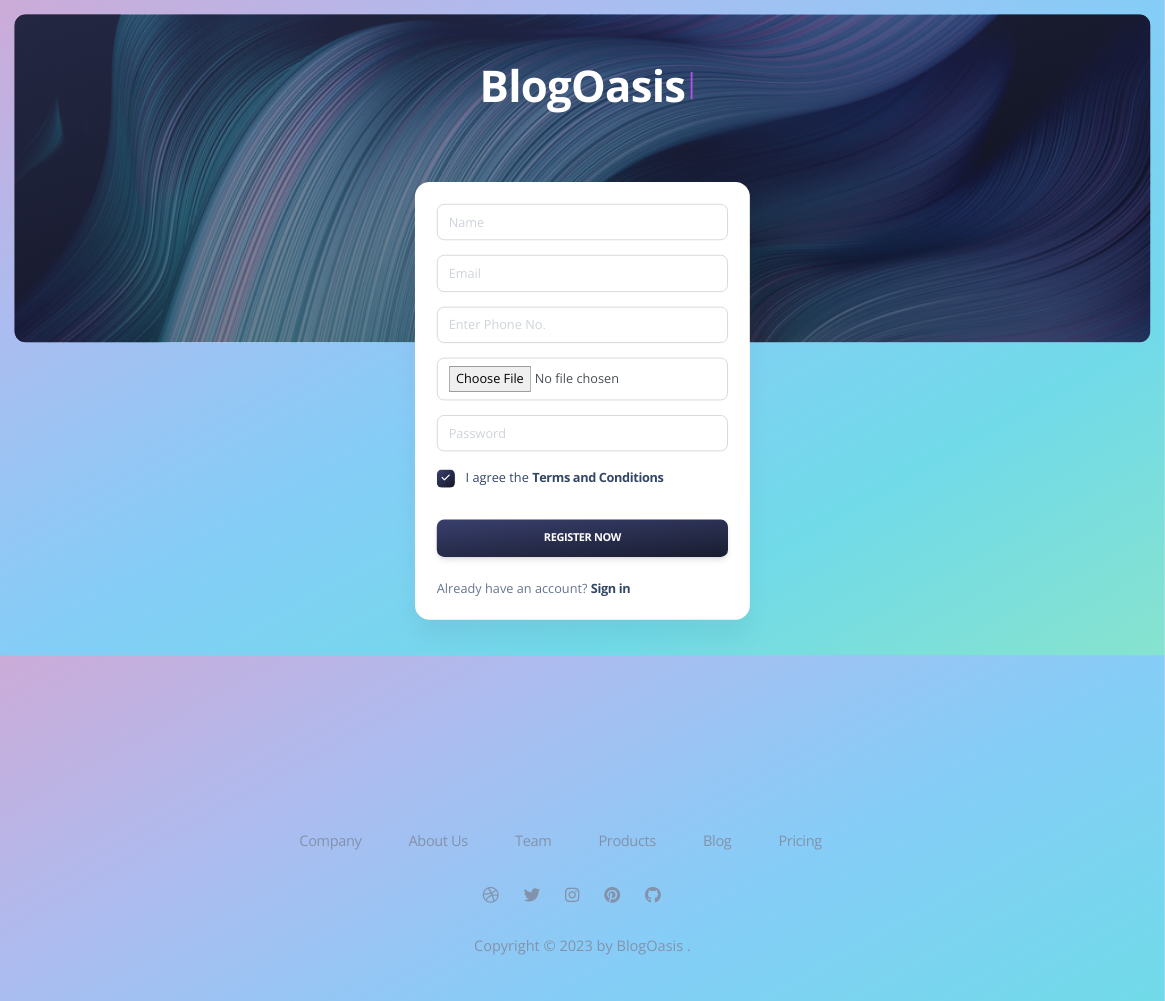
Repository: jigar-64/BlogOasis
Page: http://localhost/blogoasis/admin/pages/sign-up.php
These files come from the project's save history. The page is drawn as it stood at one moment and after the next save; the edit follows.
The browser window is 1280 px wide. The pictures show the whole page, at 91% of full size.
Backgrounds fixed to the window are drawn as part of the page. Some web libraries are served in a nearby version. The page is run by PHP 8.4 with error messages shown; the project is at /var/www/html/.

Above is the page before, as saved 2023-08-13 02:26:15.

### BlogOasis API/admin/pages/sign-up.php

<!DOCTYPE html>
<html lang="en">
  <head>
    <meta charset="UTF-8" />
    <meta http-equiv="X-UA-Compatible" content="IE=edge" />
    <meta name="viewport" content="width=device-width, initial-scale=1.0" />
    <link rel="apple-touch-icon" sizes="76x76" href="../assets/img/apple-icon.png" />
    <link rel="icon" type="image/png" href="../assets/img/favicon.png" />
    <title>Soft UI Dashboard Tailwind</title>
    <!-- Fonts and icons -->
    <link href="https://fonts.googleapis.com/css?family=Open+Sans:300,400,600,700" rel="stylesheet" />
    <!-- Font Awesome Icons -->
    <script src="https://kit.fontawesome.com/42d5adcbca.js" crossorigin="anonymous"></script>
    <!-- Nucleo Icons -->
    <link href="../assets/css/nucleo-icons.css" rel="stylesheet" />
    <link href="../assets/css/nucleo-svg.css" rel="stylesheet" />
    <!-- Main Styling -->
    <link href="../assets/css/soft-ui-dashboard-tailwind.css?v=1.0.5" rel="stylesheet" />
<!-- custom css -->
<link rel="stylesheet" href="../assets/css/custom.css">
    <!-- responsive css -->
    <link rel="stylesheet" href="../assets/css/responsive.css">
    <!-- Nepcha Analytics (nepcha.com) -->
    <!-- Nepcha is a easy-to-use web analytics. No cookies and fully compliant with GDPR, CCPA and PECR. -->
    <script defer data-site="YOUR_DOMAIN_HERE" src="https://api.nepcha.com/js/nepcha-analytics.js"></script>
    <style>

.typeAnimation {

    font-size: 2rem;
    font-weight: 600;
    position: relative;
}

.typeAnimation span {
    color: #bfb6f5e8;
    position: relative;
}

.typeAnimation span::before {
    content: "";
    height: 30px;
    width: 2px;
    position: absolute;
    top: 50%;
    right: -8px;
    background: #BD53ED;
    transform: translateY(-50%); /* Adjusted position for better alignment */
    animation: blink 0.7s infinite;
}
.typeAnimation span.stop-blinking::before {
    animation: none;
}
@keyframes blink {
    50% {
        opacity: 0;
    }
}

/* Responsive animation styles for smaller screens */
@media screen and (max-width: 640px) {
    .typeAnimation {
        font-size: 1.5rem;
    }

    .typeAnimation span::before {
        height: 20px;
        width: 2px;
        right: -5px; /* Adjusted position */
    }
}

    </style>
  </head>

  <body class="m-0 font-sans antialiased font-normal bg-white text-start text-base leading-default text-slate-500 bg-body">



    <main class="mt-0 transition-all duration-200 ease-soft-in-out">
      <section class="min-h-screen mb-32">
        <div class="relative flex items-start pt-12 pb-56 m-4 overflow-hidden bg-center bg-cover min-h-50-screen rounded-xl" style="background-image: url('../assets/img/curved-images/curved14.jpg')">
          <span class="absolute top-0 left-0 w-full h-full bg-center bg-cover bg-gradient-to-tl from-gray-900 to-slate-800 opacity-60"></span>
          <div class="container z-10">
            <div class="flex flex-wrap justify-center -mx-3">
              <div class="w-full max-w-full px-3 mx-auto mt-0 text-center lg:flex-0 shrink-0 lg:w-5/12">
                    <div class="typeAnimation">
                       <h1 style="color: white;" >BlogOasis <span></span> </h1>

                  </div>
                <!-- <p class="text-white">Use these awesome forms to login or create new account in your project for free.</p> -->
              </div>
            </div>
          </div>
        </div>
        <div class="container">
          <div class="flex flex-wrap -mx-3 -mt-48 md:-mt-56 lg:-mt-48">
            <div class="w-full max-w-full px-3 mx-auto mt-0 md:flex-0 shrink-0 md:w-7/12 lg:w-5/12 xl:w-4/12">
              <div class="relative z-0 flex flex-col min-w-0 break-words bg-white border-0 shadow-soft-xl rounded-2xl bg-clip-border">

                <div class="flex-auto p-6">
                  <form action="" role="form text-left" method="post" enctype="multipart/form-data" >
                    <div class="mb-4">
                      <input type="text" class="text-sm focus:shadow-soft-primary-outline leading-5.6 ease-soft block w-full appearance-none rounded-lg border border-solid border-gray-300 bg-white bg-clip-padding py-2 px-3 font-normal text-gray-700 transition-all focus:border-fuchsia-300 focus:bg-white focus:text-gray-700 focus:outline-none focus:transition-shadow" placeholder="Name" aria-label="Name" aria-describedby="email-addon" name="user_name" required/>
                    </div>
                    <div class="mb-4">
                      <input type="email" class="text-sm focus:shadow-soft-primary-outline leading-5.6 ease-soft block w-full appearance-none rounded-lg border border-solid border-gray-300 bg-white bg-clip-padding py-2 px-3 font-normal text-gray-700 transition-all focus:border-fuchsia-300 focus:bg-white focus:text-gray-700 focus:outline-none focus:transition-shadow" placeholder="Email" aria-label="Email" aria-describedby="email-addon" name="user_email" required />
                    </div>
                    <div class="mb-4">
                      <input type="text" class="text-sm focus:shadow-soft-primary-outline leading-5.6 ease-soft block w-full appearance-none rounded-lg border border-solid border-gray-300 bg-white bg-clip-padding py-2 px-3 font-normal text-gray-700 transition-all focus:border-fuchsia-300 focus:bg-white focus:text-gray-700 focus:outline-none focus:transition-shadow" placeholder="Enter Phone No." aria-label="pno" aria-describedby="email-addon" name="user_phoneNo" required />
                    </div>
                    <div class="mb-4">
                      <input type="file" class="text-sm focus:shadow-soft-primary-outline leading-5.6 ease-soft block w-full appearance-none rounded-lg border border-solid border-gray-300 bg-white bg-clip-padding py-2 px-3 font-normal text-gray-700 transition-all focus:border-fuchsia-300 focus:bg-white focus:text-gray-700 focus:outline-none focus:transition-shadow" placeholder="" aria-label="pno" aria-describedby="email-addon" name="user_img" required/>
                    </div>
                    <div class="mb-4">
                      <input type="password" class="text-sm focus:shadow-soft-primary-outline leading-5.6 ease-soft block w-full appearance-none rounded-lg border border-solid border-gray-300 bg-white bg-clip-padding py-2 px-3 font-normal text-gray-700 transition-all focus:border-fuchsia-300 focus:bg-white focus:text-gray-700 focus:outline-none focus:transition-shadow" placeholder="Password" aria-label="Password" aria-describedby="password-addon" name="user_pass" required/>
                    </div>
                    <div class="min-h-6 pl-6.92 mb-0.5 block">
                      <input id="terms" class="w-4.92 h-4.92 ease-soft -ml-6.92 rounded-1.4 checked:bg-gradient-to-tl checked:from-gray-900 checked:to-slate-800 after:text-xxs after:font-awesome after:duration-250 after:ease-soft-in-out duration-250 relative float-left mt-1 cursor-pointer appearance-none border border-solid border-slate-200 bg-white bg-contain bg-center bg-no-repeat align-top transition-all after:absolute after:flex after:h-full after:w-full after:items-center after:justify-center after:text-white after:opacity-0 after:transition-all after:content-['\f00c'] checked:border-0 checked:border-transparent checked:bg-transparent checked:after:opacity-100" type="checkbox" value="" checked />
                      <label class="mb-2 ml-1 font-normal cursor-pointer select-none text-sm text-slate-700" for="terms"> I agree the <a href="javascript:;" class="font-bold text-slate-700">Terms and Conditions</a> </label>
                    </div>
                    <div class="text-center">
                      <button type="submit" class="inline-block w-full px-6 py-3 mt-6 mb-2 font-bold text-center text-white uppercase align-middle transition-all bg-transparent border-0 rounded-lg cursor-pointer active:opacity-85 hover:scale-102 hover:shadow-soft-xs leading-pro text-xs ease-soft-in tracking-tight-soft shadow-soft-md bg-150 bg-x-25 bg-gradient-to-tl from-gray-900 to-slate-800 hover:border-slate-700 hover:bg-slate-700 hover:text-white" name="register">Register Now</button>
                    </div>
                    <p class="mt-4 mb-0 leading-normal text-sm">Already have an account? <a href="../pages/sign-in.html" class="font-bold text-slate-700">Sign in</a></p>
                  </form>
                </div>
              </div>
            </div>
          </div>
        </div>
      </section>
      <!-- -------- START FOOTER 3 w/ COMPANY DESCRIPTION WITH LINKS & SOCIAL ICONS & COPYRIGHT ------- -->
      <footer class="py-12">
        <div class="container">
          <div class="flex flex-wrap -mx-3">
            <div class="flex-shrink-0 w-full max-w-full mx-auto mb-6 text-center lg:flex-0 lg:w-8/12">
              <a href="#" target="_blank" class="mb-2 mr-4 text-slate-400 sm:mb-0 xl:mr-12"> Company </a>
              <a href="#" target="_blank" class="mb-2 mr-4 text-slate-400 sm:mb-0 xl:mr-12"> About Us </a>
              <a href="#" target="_blank" class="mb-2 mr-4 text-slate-400 sm:mb-0 xl:mr-12"> Team </a>
              <a href="#" target="_blank" class="mb-2 mr-4 text-slate-400 sm:mb-0 xl:mr-12"> Products </a>
              <a href="#" target="_blank" class="mb-2 mr-4 text-slate-400 sm:mb-0 xl:mr-12"> Blog </a>
              <a href="#" target="_blank" class="mb-2 mr-4 text-slate-400 sm:mb-0 xl:mr-12"> Pricing </a>
            </div>
            <div class="flex-shrink-0 w-full max-w-full mx-auto mt-2 mb-6 text-center lg:flex-0 lg:w-8/12">
              <a href="#" target="_blank" class="mr-6 text-slate-400">
                <span class="text-lg fab fa-dribbble"></span>
              </a>
              <a href="#" target="_blank" class="mr-6 text-slate-400">
                <span class="text-lg fab fa-twitter"></span>
              </a>
              <a href="#" target="_blank" class="mr-6 text-slate-400">
                <span class="text-lg fab fa-instagram"></span>
              </a>
              <a href="#" target="_blank" class="mr-6 text-slate-400">
                <span class="text-lg fab fa-pinterest"></span>
              </a>
              <a href="#" target="_blank" class="mr-6 text-slate-400">
                <span class="text-lg fab fa-github"></span>
              </a>
            </div>
          </div>
          <div class="flex flex-wrap -mx-3">
            <div class="w-8/12 max-w-full px-3 mx-auto mt-1 text-center flex-0">
              <p class="mb-0 text-slate-400">
                Copyright ©
                <script>
                  document.write(new Date().getFullYear());
                </script>
                 by BlogOasis .
              </p>
            </div>
          </div>
        </div>
      </footer>
      <!-- -------- END FOOTER 3 w/ COMPANY DESCRIPTION WITH LINKS & SOCIAL ICONS & COPYRIGHT ------- -->
    </main>
  </body>
  <!-- plugin for scrollbar  -->
  <script src="../assets/js/plugins/perfect-scrollbar.min.js" async></script>
  <!-- main script file  -->
  <script src="../assets/js/soft-ui-dashboard-tailwind.js?v=1.0.5" async></script>
  <script>
    const dynamicText = document.querySelector("h1 span");
const words = ["WELCOME YOU", "CREATE BLOG BY YOUR SELEF", "SHOW YOUR KNOWLEDGE", "START NOW","WORK WITH ONE OF US"];

// Variables to track the position and deletion status of the word
let wordIndex = 0;
let charIndex = 0;
let isDeleting = false;

const typeEffect = () => {
    const currentWord = words[wordIndex];
    const currentChar = currentWord.substring(0, charIndex);
    dynamicText.textContent = currentChar;
    dynamicText.classList.add("stop-blinking");

    if (!isDeleting && charIndex < currentWord.length) {
        // If condition is true, type the next character
        charIndex++;
        setTimeout(typeEffect, 200);
    } else if (isDeleting && charIndex > 0) {
        // If condition is true, remove the previous character
        charIndex--;
        setTimeout(typeEffect, 100);
    } else {
        // If word is deleted then switch to the next word
        isDeleting = !isDeleting;
        dynamicText.classList.remove("stop-blinking");
        wordIndex = !isDeleting ? (wordIndex + 1) % words.length : wordIndex;
        setTimeout(typeEffect, 1200);
    }
}

typeEffect();



  </script>
</html>

### BlogOasis API/admin/assets/css/nucleo-svg.css
/* Generated using nucleoapp.com */
/* --------------------------------

Icon colors

-------------------------------- */

.icon {
  display: inline-block;
  /* icon primary color */
  color: #111111;
  height: 1em;
  width: 1em;
}

.icon use {
  /* icon secondary color - fill */
  fill: #7ea6f6;
}

.icon.icon-outline use {
  /* icon secondary color - stroke */
  stroke: #7ea6f6;
}

/* --------------------------------

Change icon size

-------------------------------- */

.icon-xs {
  height: 0.5em;
  width: 0.5em;
}

.icon-sm {
  height: 0.8em;
  width: 0.8em;
}

.icon-lg {
  height: 1.6em;
  width: 1.6em;
}

.icon-xl {
  height: 2em;
  width: 2em;
}

/* --------------------------------

Align icon and text

-------------------------------- */

.icon-text-aligner {
  /* add this class to parent element that contains icon + text */
  display: flex;
  align-items: center;
}

.icon-text-aligner .icon {
  color: inherit;
  margin-right: 0.4em;
}

.icon-text-aligner .icon use {
  color: inherit;
  fill: currentColor;
}

.icon-text-aligner .icon.icon-outline use {
  stroke: currentColor;
}

/* --------------------------------

Icon reset values - used to enable color customizations

-------------------------------- */

.icon {
  fill: currentColor;
  stroke: none;
}

.icon.icon-outline {
  fill: none;
  stroke: currentColor;
}

.icon use {
  stroke: none;
}

.icon.icon-outline use {
  fill: none;
}

/* --------------------------------

Stroke effects - Nucleo outline icons

- 16px icons -> up to 1px stroke (16px outline icons do not support stroke changes)
- 24px, 32px icons -> up to 2px stroke
- 48px, 64px icons -> up to 4px stroke

-------------------------------- */

.icon-outline.icon-stroke-1 {
  stroke-width: 1px;
}

.icon-outline.icon-stroke-2 {
  stroke-width: 2px;
}

.icon-outline.icon-stroke-3 {
  stroke-width: 3px;
}

.icon-outline.icon-stroke-4 {
  stroke-width: 4px;
}

.icon-outline.icon-stroke-1 use,
.icon-outline.icon-stroke-3 use {
  -webkit-transform: translateX(0.5px) translateY(0.5px);
  -moz-transform: translateX(0.5px) translateY(0.5px);
  -ms-transform: translateX(0.5px) translateY(0.5px);
  -o-transform: translateX(0.5px) translateY(0.5px);
  transform: translateX(0.5px) translateY(0.5px);
}

### BlogOasis API/admin/assets/css/custom.css
/* s */
.navlogo{
    margin: 12px;
}
.navColor{
    background-color: lavender;
}
.bg-body {
   background-attachment: fixed;
  background-image: linear-gradient(to right bottom, #ccabd8, #acbcf0, #85cdf7, #71dae9, #86e3ce);
  }

  .adjustBredcrum{
    padding: unset;
  }

  a {
    text-decoration: none;
    color: black;
  }
  .textareaResize{
    resize: none;
  }
  #blogContent::-webkit-scrollbar{
    display: none;
  }

### BlogOasis API/admin/assets/css/responsive.css
@media screen and (max-width: 443px) {


    .navlogo{
        margin: 12px;
    }
}

### BlogOasis API/admin/assets/css/perfect-scrollbar.css
/*
 * Container style
 */
.ps {
  overflow: hidden !important;
  overflow-anchor: none;
  -ms-overflow-style: none;
  touch-action: auto;
  -ms-touch-action: auto;
}

/*
   * Scrollbar rail styles
   */
.ps__rail-x {
  display: none;
  opacity: 0;
  transition: background-color 0.2s linear, opacity 0.2s linear;
  -webkit-transition: background-color 0.2s linear, opacity 0.2s linear;
  height: 15px;
  /* there must be 'bottom' or 'top' for ps__rail-x */
  bottom: 0px;
  /* please don't change 'position' */
  position: absolute;
}

.ps__rail-y {
  display: none;
  opacity: 0;
  transition: background-color 0.2s linear, opacity 0.2s linear;
  -webkit-transition: background-color 0.2s linear, opacity 0.2s linear;
  width: 15px;
  /* there must be 'right' or 'left' for ps__rail-y */
  right: 0;
  /* please don't change 'position' */
  position: absolute;
}

.ps--active-x > .ps__rail-x,
.ps--active-y > .ps__rail-y {
  display: block;
  background-color: transparent;
}

.ps:hover > .ps__rail-x,
.ps:hover > .ps__rail-y,
.ps--focus > .ps__rail-x,
.ps--focus > .ps__rail-y,
.ps--scrolling-x > .ps__rail-x,
.ps--scrolling-y > .ps__rail-y {
  opacity: 0.6;
}

.ps .ps__rail-x:hover,
.ps .ps__rail-y:hover,
.ps .ps__rail-x:focus,
.ps .ps__rail-y:focus,
.ps .ps__rail-x.ps--clicking,
.ps .ps__rail-y.ps--clicking {
  background-color: #eee;
  opacity: 0.9;
}

/*
   * Scrollbar thumb styles
   */
.ps__thumb-x {
  background-color: #aaa;
  border-radius: 6px;
  transition: background-color 0.2s linear, height 0.2s ease-in-out;
  -webkit-transition: background-color 0.2s linear, height 0.2s ease-in-out;
  height: 6px;
  /* there must be 'bottom' for ps__thumb-x */
  bottom: 2px;
  /* please don't change 'position' */
  position: absolute;
}

.ps__thumb-y {
  background-color: #aaa;
  border-radius: 6px;
  transition: background-color 0.2s linear, width 0.2s ease-in-out;
  -webkit-transition: background-color 0.2s linear, width 0.2s ease-in-out;
  width: 6px;
  /* there must be 'right' for ps__thumb-y */
  right: 2px;
  /* please don't change 'position' */
  position: absolute;
}

.ps__rail-x:hover > .ps__thumb-x,
.ps__rail-x:focus > .ps__thumb-x,
.ps__rail-x.ps--clicking .ps__thumb-x {
  background-color: #999;
  height: 11px;
}

.ps__rail-y:hover > .ps__thumb-y,
.ps__rail-y:focus > .ps__thumb-y,
.ps__rail-y.ps--clicking .ps__thumb-y {
  background-color: #999;
  width: 11px;
}

/* MS supports */
@supports (-ms-overflow-style: none) {
  .ps {
    overflow: auto !important;
  }
}

@media screen and (-ms-high-contrast: active), (-ms-high-contrast: none) {
  .ps {
    overflow: auto !important;
  }
}

Loaded but not shown: BlogOasis API/admin/assets/js/plugins/perfect-scrollbar.min.js (library); BlogOasis API/admin/assets/js/soft-ui-dashboard-tailwind.js (79 lines, source omitted); BlogOasis API/admin/assets/js/perfect-scrollbar.js (36 lines, source omitted); BlogOasis API/admin/assets/css/soft-ui-dashboard-tailwind.css (4273 lines, source omitted); BlogOasis API/admin/assets/css/nucleo-icons.css (597 lines, source omitted)

After the next save:
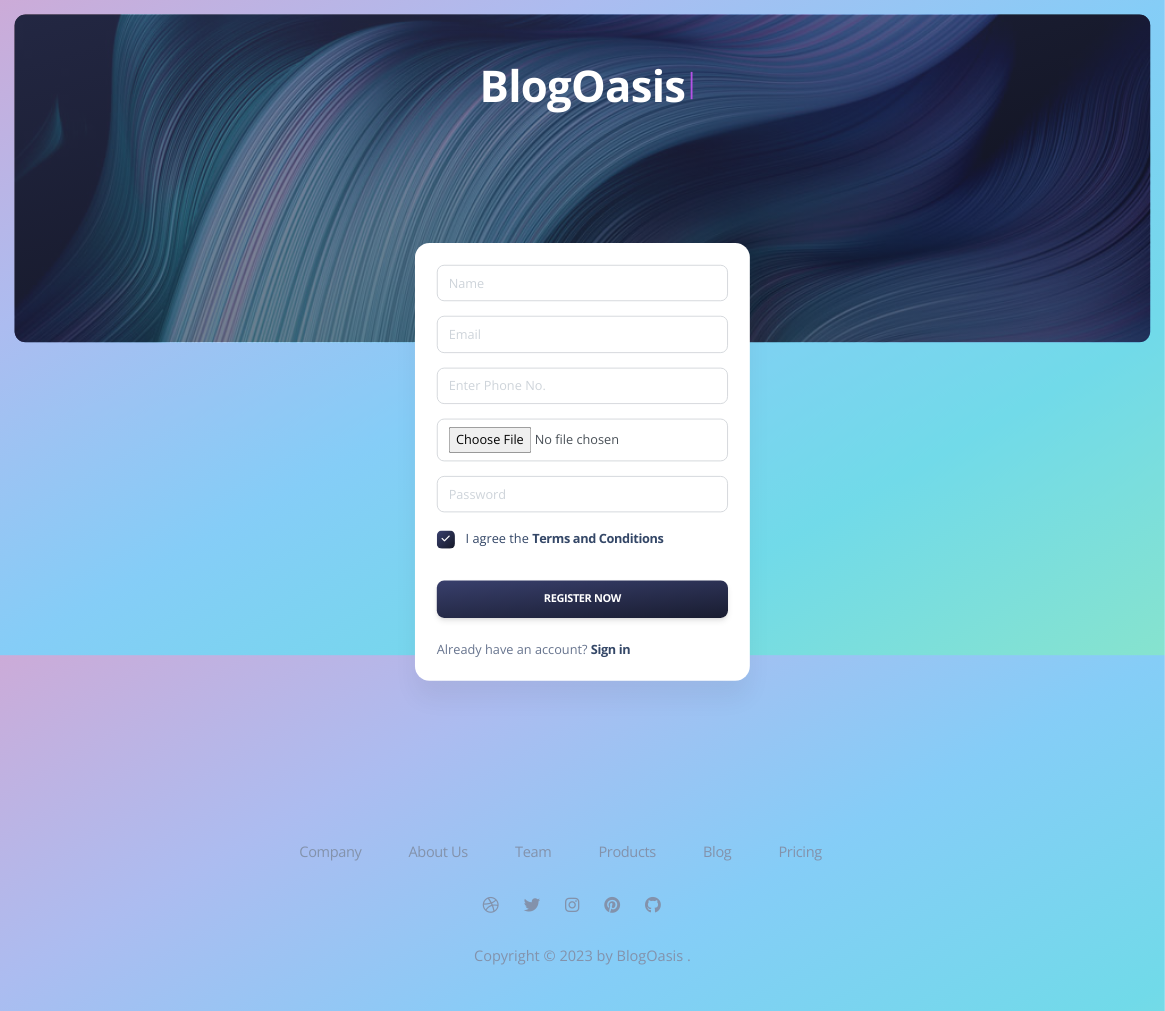
Saved 3 min 28 s later.
--- a/BlogOasis API/admin/pages/sign-up.php
+++ b/BlogOasis API/admin/pages/sign-up.php
@@ -97,7 +97,7 @@
         <div class="container">
           <div class="flex flex-wrap -mx-3 -mt-48 md:-mt-56 lg:-mt-48">
             <div class="w-full max-w-full px-3 mx-auto mt-0 md:flex-0 shrink-0 md:w-7/12 lg:w-5/12 xl:w-4/12">
-              <div class="relative z-0 flex flex-col min-w-0 break-words bg-white border-0 shadow-soft-xl rounded-2xl bg-clip-border">
+              <div class="relative z-0 flex flex-col min-w-0 break-words bg-white border-0 shadow-soft-xl rounded-2xl bg-clip-border" style="margin-top:67px;">
 
                 <div class="flex-auto p-6">
                   <form action="" role="form text-left" method="post" enctype="multipart/form-data" >
